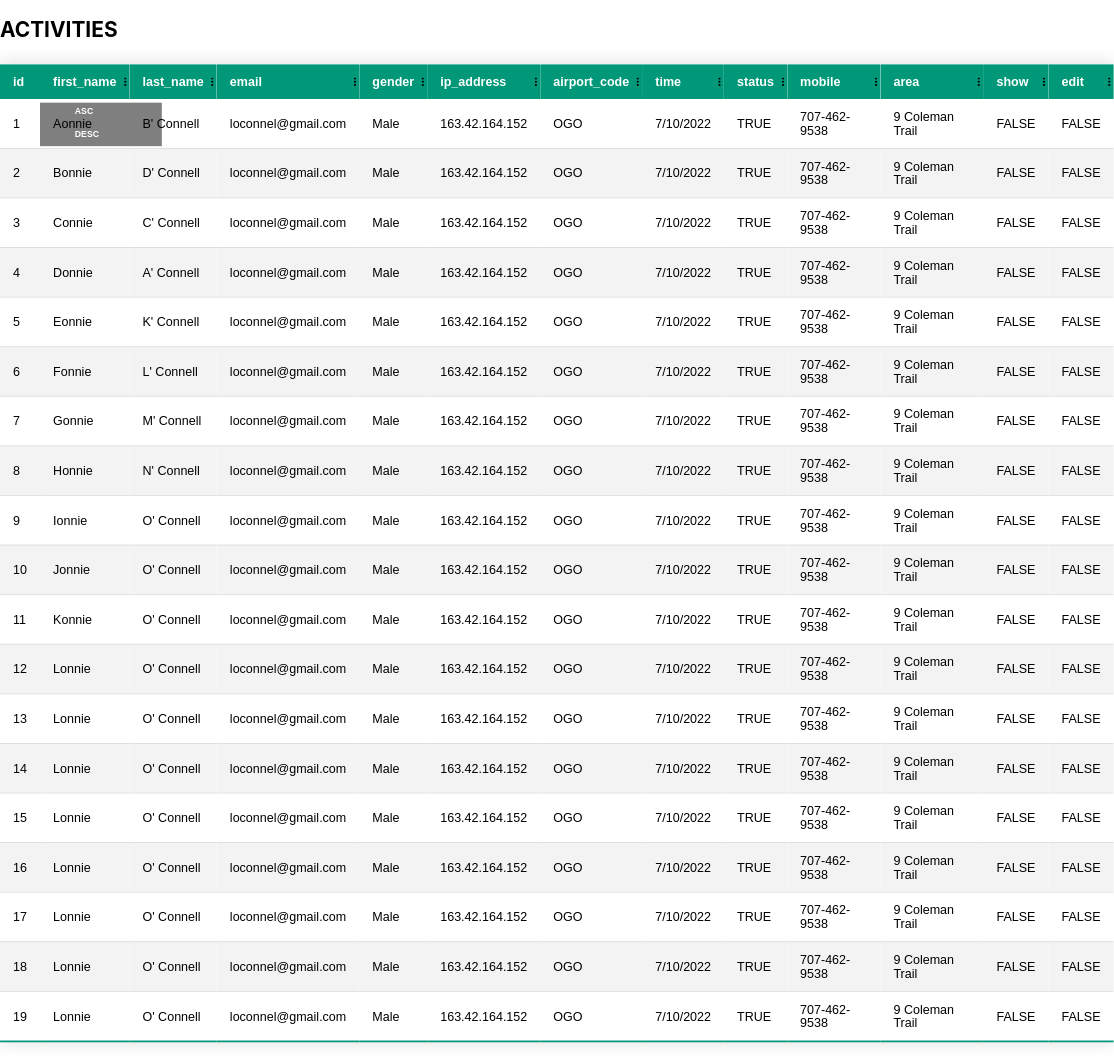
Repository: kartik077-cr7/Ckart
Page: /, after clicking the first element matching `img`
An editor plug-in stored every save of this project. The page is shown before and after the next save, followed by the edit.
The browser window is 1280 px wide. The pictures show the whole page, at 87% of full size.
The project was rebuilt for these pictures with package versions that can differ from the ones it lists, and the page was loaded fresh each time.

Above is the page before, as saved 2022-12-10 22:35:06.

### src/App.js
import Table from "./components/Table";
import { useState } from "react";
import { driversData } from "./demoData/data";
import './App.css';

function App() {

	const [tableData,setTableData] = useState(driversData);
  const [sortedCol,setSortedCol] = useState({column:-1,order:-1});

	const columns = ["id","first_name","last_name","email","gender","ip_address","airport_code","time","status","mobile","area","show","edit"];

	Array.prototype.ModernSort = function(tag,order){

		// console.log("tag is ",tag);
		function compare(a,b){
      // console.log("tag inside is ",tag);
			// console.log(a," ",a[tag]," comparing with ",b[tag]);
			if(a[tag] > b[tag])
			{
				if(order == 1)
					return 1;
				else
					return -1;
			}
			else
			{
				if(order == 1)
					return -1;
				else
					return 1;

			}
		}
		this.sort(compare);
};

	const handleFilter = (index,val) => {
		  // console.log("Filtering ",index," and val is ",val);
      const temp = tableData;
			setSortedCol({column:index,order:val});
			const tag = columns[index];
			temp.ModernSort(tag,val);
			// console.log("new table data is ",tableData);
			setTableData(tableData);
	};

  return (
    <div className="App">
			<Table
			   sortedCol = {sortedCol}
			   data = {driversData}
			   headingColumns={columns}
				 title = "Activities"
				 handleFilter={handleFilter}
			/>
    </div>
  );
}

export default App;

### src/components/Table.js
import React from "react";
import Column from "./Column";

const Table = ({ data,headingColumns,title,handleFilter,sortedCol }) => {

	const rowDatas = data.map((row,index) => {

		let rowData = [];
		let i = 0;

		for(const key in row){
			rowData.push({
				key: headingColumns[i],
				val: row[key]
			});
			i++;
		}

		const checkStatus = (data) => {
			if(data.key == 'status')
			{
				if(data.val == 'FALSE')
				  return 'red';
				else
				  return 'green';
			}
			else
			  return '';
		}

		return <tr key={index}>
		{rowData.map((data, index) => <td key={index} className={checkStatus(data)}  data-heading={data.key}>{data.val}</td>)}
	  </tr>
	})

	return (
		<div className="table-container">
			<div className="table-title">
				<h2>{title.toUpperCase()}</h2>
			</div>
			<table className="table-class">
				<thead>
					<tr>
						{headingColumns.map((col,index) => (
							<Column sortedCol={sortedCol} handleFilter={handleFilter} key={index} column_name={col} index={index}/>
						))}
					</tr>
				</thead>
				<tbody>
					{rowDatas}
				</tbody>
			</table>
		</div>
	)
}

export default Table;

### src/demoData/data.js
export const driversData = [
  {
    id: 1,
    first_name: "Aonnie",
		last_name: "B' Connell ",
		email: "loconnel@gmail.com",
		gender: "Male",
		ip_address: "163.42.164.152",
		airport_code:"OGO",
		time:"7/10/2022",
		status:"TRUE",
		mobile:"707-462-9538",
		area: "9 Coleman Trail",
		show: "FALSE",
		edit: "FALSE"
  },
  {
    id: 2,
    first_name: "Bonnie",
		last_name: "D' Connell ",
		email: "loconnel@gmail.com",
		gender: "Male",
		ip_address: "163.42.164.152",
		airport_code:"OGO",
		time:"7/10/2022",
		status:"TRUE",
		mobile:"707-462-9538",
		area: "9 Coleman Trail",
		show: "FALSE",
		edit: "FALSE"
  },
  {
    id: 3,
    first_name: "Connie",
		last_name: "C' Connell ",
		email: "loconnel@gmail.com",
		gender: "Male",
		ip_address: "163.42.164.152",
		airport_code:"OGO",
		time:"7/10/2022",
		status:"TRUE",
		mobile:"707-462-9538",
		area: "9 Coleman Trail",
		show: "FALSE",
		edit: "FALSE"
  },
  {
    id: 4,
    first_name: "Donnie",
		last_name: "A' Connell ",
		email: "loconnel@gmail.com",
		gender: "Male",
		ip_address: "163.42.164.152",
		airport_code:"OGO",
		time:"7/10/2022",
		status:"TRUE",
		mobile:"707-462-9538",
		area: "9 Coleman Trail",
		show: "FALSE",
		edit: "FALSE"
  },
  {
    id: 5,
		first_name: "Eonnie",
		last_name: "K' Connell ",
		email: "loconnel@gmail.com",
		gender: "Male",
		ip_address: "163.42.164.152",
		airport_code:"OGO",
		time:"7/10/2022",
		status:"TRUE",
		mobile:"707-462-9538",
		area: "9 Coleman Trail",
		show: "FALSE",
		edit: "FALSE"
  },
  {
    id: 6,
		first_name: "Fonnie",
		last_name: "L' Connell ",
		email: "loconnel@gmail.com",
		gender: "Male",
		ip_address: "163.42.164.152",
		airport_code:"OGO",
		time:"7/10/2022",
		status:"TRUE",
		mobile:"707-462-9538",
		area: "9 Coleman Trail",
		show: "FALSE",
		edit: "FALSE"
  },
  {
    id: 7,
		first_name: "Gonnie",
		last_name: "M' Connell ",
		email: "loconnel@gmail.com",
		gender: "Male",
		ip_address: "163.42.164.152",
		airport_code:"OGO",
		time:"7/10/2022",
		status:"TRUE",
		mobile:"707-462-9538",
		area: "9 Coleman Trail",
		show: "FALSE",
		edit: "FALSE"
  },
  {
    id: 8,
		first_name: "Honnie",
		last_name: "N' Connell ",
		email: "loconnel@gmail.com",
		gender: "Male",
		ip_address: "163.42.164.152",
		airport_code:"OGO",
		time:"7/10/2022",
		status:"TRUE",
		mobile:"707-462-9538",
		area: "9 Coleman Trail",
		show: "FALSE",
		edit: "FALSE"
  },
  {
    id: 9,
		first_name: "Ionnie",
		last_name: "O' Connell ",
		email: "loconnel@gmail.com",
		gender: "Male",
		ip_address: "163.42.164.152",
		airport_code:"OGO",
		time:"7/10/2022",
		status:"TRUE",
		mobile:"707-462-9538",
		area: "9 Coleman Trail",
		show: "FALSE",
		edit: "FALSE"
  },
  {
    id: 10,
    first_name: "Jonnie",
		last_name: "O' Connell ",
		email: "loconnel@gmail.com",
		gender: "Male",
		ip_address: "163.42.164.152",
		airport_code:"OGO",
		time:"7/10/2022",
		status:"TRUE",
		mobile:"707-462-9538",
		area: "9 Coleman Trail",
		show: "FALSE",
		edit: "FALSE"
  },
  {
    id: 11,
		first_name: "Konnie",
		last_name: "O' Connell ",
		email: "loconnel@gmail.com",
		gender: "Male",
		ip_address: "163.42.164.152",
		airport_code:"OGO",
		time:"7/10/2022",
		status:"TRUE",
		mobile:"707-462-9538",
		area: "9 Coleman Trail",
		show: "FALSE",
		edit: "FALSE"

  },
  {
    id: 12,
    first_name: "Lonnie",
		last_name: "O' Connell ",
		email: "loconnel@gmail.com",
		gender: "Male",
		ip_address: "163.42.164.152",
		airport_code:"OGO",
		time:"7/10/2022",
		status:"TRUE",
		mobile:"707-462-9538",
		area: "9 Coleman Trail",
		show: "FALSE",
		edit: "FALSE"
  },
  {
    id: 13,
    first_name: "Lonnie",
		last_name: "O' Connell ",
		email: "loconnel@gmail.com",
		gender: "Male",
		ip_address: "163.42.164.152",
		airport_code:"OGO",
		time:"7/10/2022",
		status:"TRUE",
		mobile:"707-462-9538",
		area: "9 Coleman Trail",
		show: "FALSE",
		edit: "FALSE"
  },
  {
    id: 14,
		first_name: "Lonnie",
		last_name: "O' Connell ",
		email: "loconnel@gmail.com",
		gender: "Male",
		ip_address: "163.42.164.152",
		airport_code:"OGO",
		time:"7/10/2022",
		status:"TRUE",
		mobile:"707-462-9538",
		area: "9 Coleman Trail",
		show: "FALSE",
		edit: "FALSE"
  },
  {
    id: 15,
		first_name: "Lonnie",
		last_name: "O' Connell ",
		email: "loconnel@gmail.com",
		gender: "Male",
		ip_address: "163.42.164.152",
		airport_code:"OGO",
		time:"7/10/2022",
		status:"TRUE",
		mobile:"707-462-9538",
		area: "9 Coleman Trail",
		show: "FALSE",
		edit: "FALSE"
  },
  {
    id: 16,
		first_name: "Lonnie",
		last_name: "O' Connell ",
		email: "loconnel@gmail.com",
		gender: "Male",
		ip_address: "163.42.164.152",
		airport_code:"OGO",
		time:"7/10/2022",
		status:"TRUE",
		mobile:"707-462-9538",
		area: "9 Coleman Trail",
		show: "FALSE",
		edit: "FALSE"
  },
  {
    id: 17,
		first_name: "Lonnie",
		last_name: "O' Connell ",
		email: "loconnel@gmail.com",
		gender: "Male",
		ip_address: "163.42.164.152",
		airport_code:"OGO",
		time:"7/10/2022",
		status:"TRUE",
		mobile:"707-462-9538",
		area: "9 Coleman Trail",
		show: "FALSE",
		edit: "FALSE"
  },
  {
    id: 18,
		first_name: "Lonnie",
		last_name: "O' Connell ",
		email: "loconnel@gmail.com",
		gender: "Male",
		ip_address: "163.42.164.152",
		airport_code:"OGO",
		time:"7/10/2022",
		status:"TRUE",
		mobile:"707-462-9538",
		area: "9 Coleman Trail",
		show: "FALSE",
		edit: "FALSE"
  },
  {
    id: 19,
		first_name: "Lonnie",
		last_name: "O' Connell ",
		email: "loconnel@gmail.com",
		gender: "Male",
		ip_address: "163.42.164.152",
		airport_code:"OGO",
		time:"7/10/2022",
		status:"TRUE",
		mobile:"707-462-9538",
		area: "9 Coleman Trail",
		show: "FALSE",
		edit: "FALSE"
  },
];

### src/App.css
.table-container{
	width: 100%;
}
.table-class{
	width: 100%;
	border-collapse: collapse;
	margin: 25px 0;
	font-size: 0.9em;
	font-family: sans-serif;
	min-width: 400px;
	box-shadow: 0 0 20px rgba(0, 0, 0, 0.15);
}

.table-class thead tr {
	background-color: #009879;
	color: #ffffff;
	text-align: left;
}

.table-class th,
.table-class td {
    padding: 12px 15px;
}

.table-class tbody tr {
	border-bottom: 1px solid #dddddd;
}

.table-class tbody tr:nth-of-type(even) {
	background-color: #f3f3f3;
}

.table-class tbody tr:last-of-type {
	border-bottom: 2px solid #009879;
}

.table-class tbody tr.active-row {
	font-weight: bold;
	color: #009879;
}

.modal {
	position: absolute;
	left: 0;
	top: 30px;
	right: 0;
	bottom: 0;
	background-color: rgba(0,0,0,0.5);
	height: 50px;
	width:  100px;
}

.modal-body{
	padding: 0px;
}

.ul{
	padding: 0px;
}

li:before {
  position: absolute;
  content: "";
  width: 100%;
  height: 100%;
  bottom: 0;
  left: 0;
  background-color:#F68026;
  z-index: -1;
  transform: scale(0);
  transition: transform 0.5s ease-in-out;
}

li {
	height: 45%;
	cursor: pointer;
	display: inline-block;
	width: 100%;
}

li:hover {
	background-color: rgb(179, 255, 0);
}

.active{
	background-color: rgb(179, 255, 0);
}

### src/components/Column.js
import React from 'react';
import { useState } from 'react';
import Dots from "../svg/vertical_dot.svg";
import Modal from './Modal';

const Column = ({column_name,index,handleFilter,sortedCol}) => {

	const [open, setOpen] = useState(false);

	const handleOpen = () => {
		console.log("opening modal ");
		setOpen(!open);
	};

	const handleClose = () => {
    setOpen(false);
	};

	const handleFilterCol = (val) => {
		handleFilter(index,val);
	};

	return (
		<th key = {index} style={{position:"relative"}} onClick = {() => {if(open)setOpen(false) } }>
			{column_name}
			{open && <Modal active_no={ index === sortedCol.column? sortedCol.order : -1 } sortedCol={sortedCol} handleFilter = {handleFilterCol} />}
			{ index !== 0 && <img
			  onClick = {handleOpen}
				src = {Dots}
				style={{
					width: "10px",
					height: "10px",
					top: "15px",
					right: "0px",
					position: "absolute",
					cursor: "pointer",
				}}
			 />
			}
		</th>
	)
};

export default Column;

### src/components/Modal.js
import React from "react";

const Modal = ({handleFilter,active_no}) => {

	console.log("active no is ",active_no);

	const helper = (val) => {

		 if(active_no == val)
		  return "active";
	}

	return(
		    <ul className="modal">
					<li className = {helper(1)} style={{ fontSize:"10px" }} onClick={() => handleFilter(1) }>ASC</li>
					<li className = {helper(2)} style={{ fontSize:"10px" }} onClick={() => handleFilter(2) }>DESC</li>
				</ul>
	)
};

export default Modal;

Loaded but not shown: public/index.html (common file); src/index.js (common file); src/index.css (common file); src/reportWebVitals.js (common file)

After the next save:
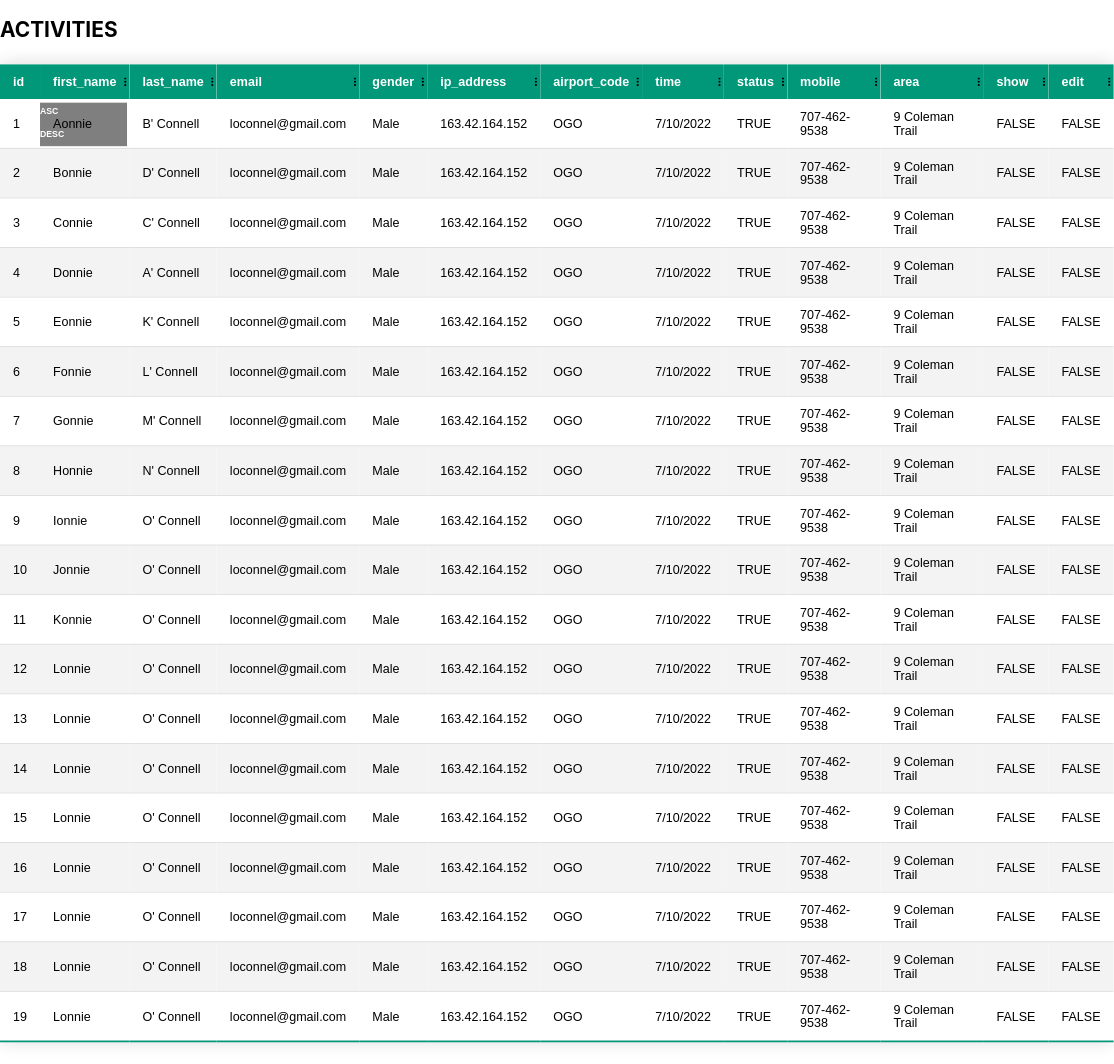
Saved 7 s later.
--- a/src/App.css
+++ b/src/App.css
@@ -54,7 +54,7 @@
 	padding: 0px;
 }
 
-.ul{
+ul{
 	padding: 0px;
 }
 
